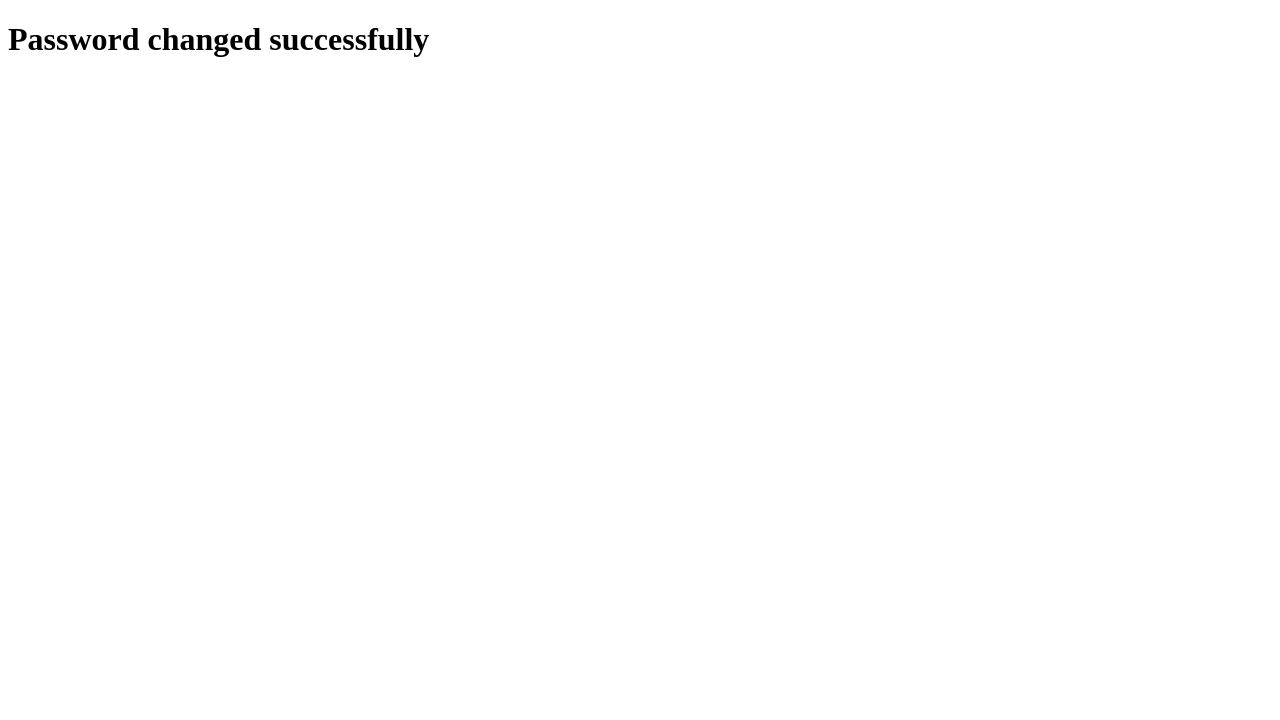
Repository: laikrish/day10
Page: http://localhost/BankApp/passwordchanged.jsp
The author's editor kept a copy of each file at every save. The page is drawn from the files as they stood at one save, then again after the next save.
The browser window is 1280 px wide. The pictures show the whole page.
The page is served by Tomcat 9.

Above is the page before, as saved 2018-09-15 10:50:34.

After the next save:
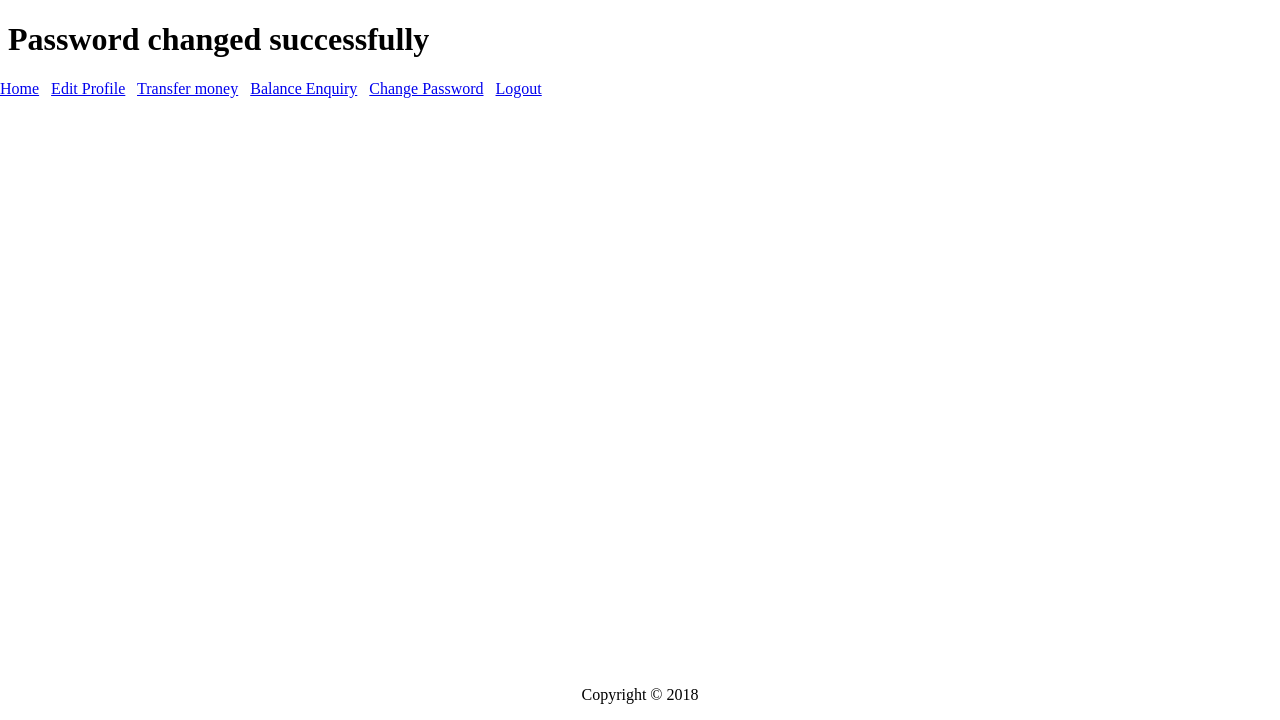
Saved 6 min 17 s later.
--- a/BankApp/WebContent/passwordchanged.jsp
+++ b/BankApp/WebContent/passwordchanged.jsp
@@ -8,5 +8,12 @@
 </head>
 <body>
 <h1>Password changed successfully</h1>
+
+<%@ include file = "header1.jsp" %>
+
+
+
+       <%@ include file = "footer.jsp" %>
+
 </body>
 </html>
